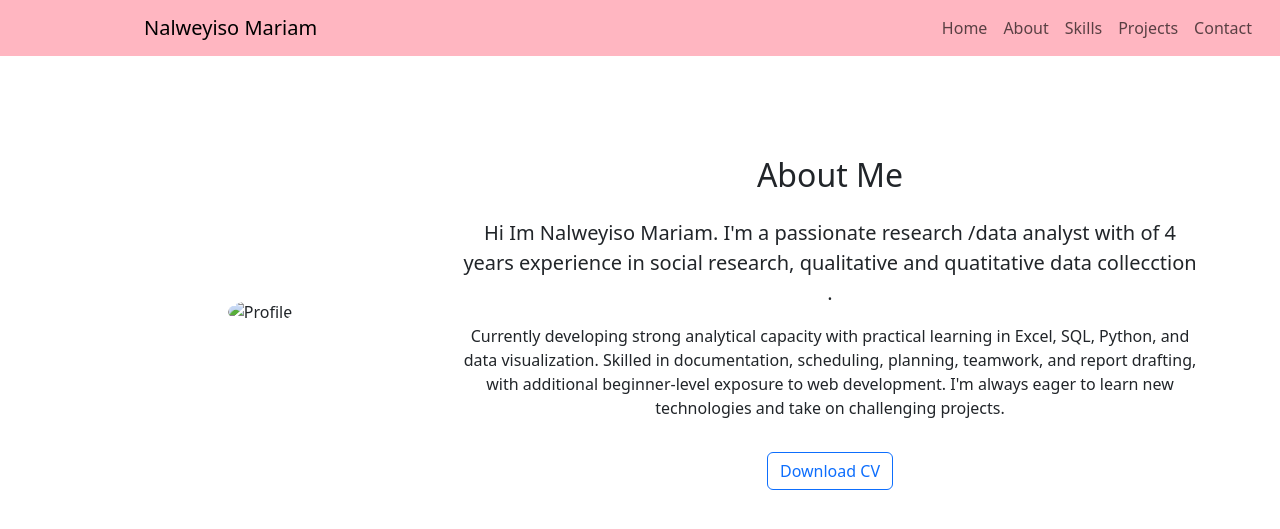
Repository: NalweMari/My-Personal-Portfolio
Page: index.html
The author's editor kept a copy of each file at every save. The page is drawn from the files as they stood at one save, then again after the next save.
The browser window is 1280 px wide. The pictures show the whole page.

Above is the page before, as saved 2025-11-27 18:21:12.
Console error (its wording comes from the project's code and is left out).

After the next save:
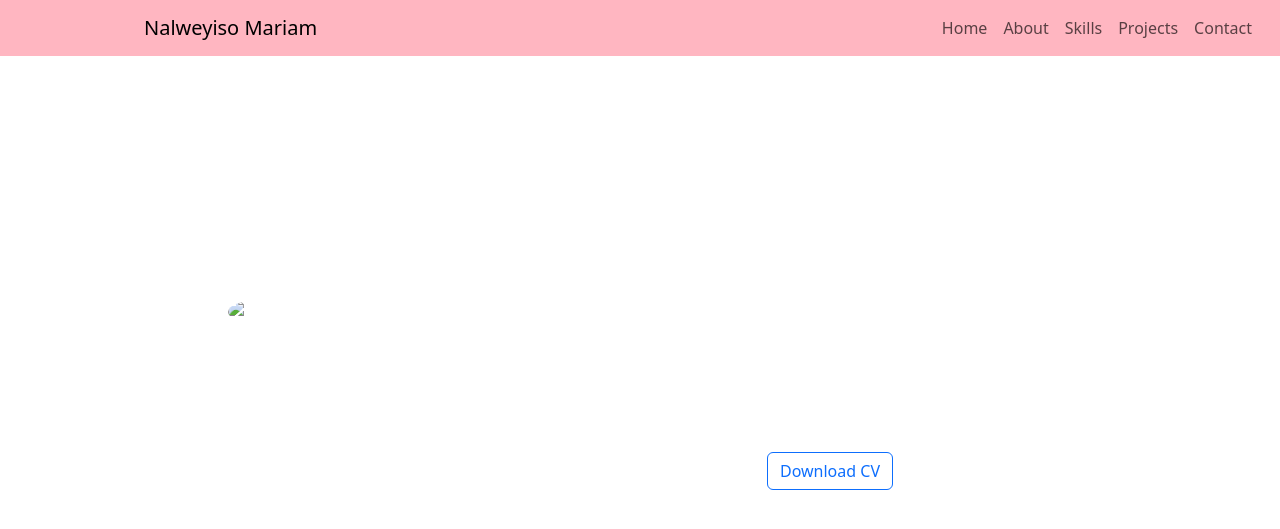
Saved 4 s later.
--- a/Style.css
+++ b/Style.css
@@ -2,7 +2,7 @@
   background-color: lightpink;
 }
 .hero-section {
-  backgroundC
+  background-color: ;
      color: white;
   padding: 100px 0;
 }
